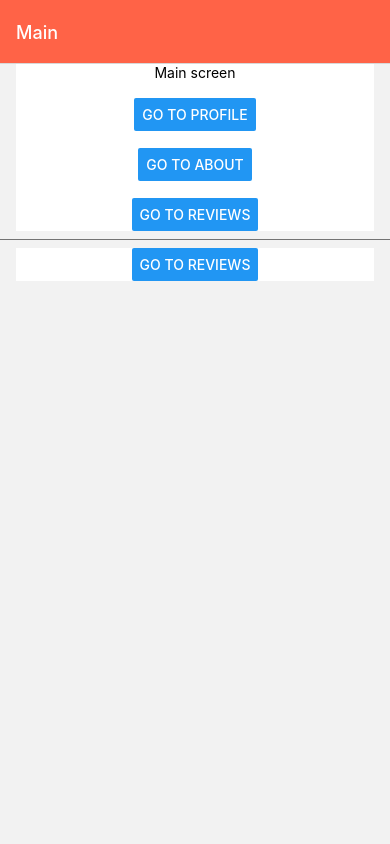
Repository: LingyuLiu11/mobile_app
Screen: /
An editor plug-in stored every save of this project. The screen is shown before and after the next save, followed by the edit.
The app was drawn by React Native's web renderer in a window 390 px wide. The project was rebuilt for these pictures with package versions that can differ from the ones it lists, and the page was loaded fresh each time. Also part of the build but not shown: components/Reviews.js.

Above is the screen before, as saved 2021-10-24 22:44:09.

### App.js
import * as React from 'react';
import { Image, TextInput, FlatList, StyleSheet, View, Button, Text, Animated } from 'react-native';
import { NavigationContainer } from '@react-navigation/native';

import { createStackNavigator } from '@react-navigation/stack';
import Reviews from './components/Reviews'
import AsyncStorage from '@react-native-async-storage/async-storage';


const Separator = () => (
  <View style={styles.separator} />
);



function Main({ navigation }) {


  return (


    <div>
      <View style={styles.container}>
        <Text>Main screen</Text>
        <Separator />
        <Button
          margintop = '10'
          title="Go to Profile"
          onPress={() => navigation.navigate('Profile')}
        />
        <Separator />

      </View>
      <View style = {styles.container}>
        <Button
          margintop = '10'
          title="Go to About"
          onPress={() => navigation.navigate('About')}
        />
        <Separator />
      </View>
      <View style = {styles.container}>
        <Button
          margintop = '10'
          title="Go to Reviews"
          onPress={() => navigation.navigate('Review')}
        />
      </View>
       <Separator />

       <View style = {styles.container}>
        <Button
          margintop = '10'
          title="Go to Reviews"
          onPress={() => navigation.navigate('Review')}
        />
      </View>

    </div>
  );
}

function Profile({ navigation }) {

  const [text, setText] = React.useState("Your name");
  return (
    <div>
      <View style={{ flex: 1, justifyContent: 'center', alignItems: 'center' }}>
        <Text>Profile screen</Text>
        <Separator />
        <Button title="Go back" onPress={() => navigation.goBack()} />
      </View>


      <View style={{ flex: 1, justifyContent: 'center', alignItems: 'center' }}>
        <TextInput
          style={styles.input}
          placeholder="Your name"
          value={text}
          onChangeText={text => setText(text)}
        />
        <Text style={{padding: 10, fontSize: 42}}>
        Hello {text.split(' ').map((word) => word ).join(' ')}
        </Text>
      </View>

      <View style={{ flex: 1, justifyContent: 'center', alignItems: 'center', flexDirection: "row" }}>
        <View style={{ flex: 1, justifyContent: 'center', alignItems: 'center' }}>
          <Image
            style={{
              resizeMode: "cover",
              height: 100,
              width: 200
            }}
            source={"https://upload.wikimedia.org/wikipedia/en/2/27/Total_War_Warhammer_3_cover_art.jpg"}
          />
          <Text>Totalwar Warhammer 3!</Text>
          </View>
        <Separator />
        <View style={{ flex: 1, justifyContent: 'center', alignItems: 'center' }}>
          <Image
            style={{
              resizeMode: "cover",
              height: 100,
              width: 200
            }}
            source={"https://www.nme.com/wp-content/uploads/2021/09/Total-Warhammer-3-Grand-Cathay-Dragon.jpg"}
          />
        <Text>Grand Cathay</Text>
        </View>
        <View style={{ flex: 1, justifyContent: 'center', alignItems: 'center' }}>

        <Image
          style={{
            resizeMode: "cover",
            height: 100,
            width: 200
          }}
          source={"https://encrypted-tbn0.gstatic.com/images?q=tbn:ANd9GcSM9n6tQzcRE8CXMXP5GXIIgYIF3wXVMZy4JA&usqp=CAU"}
        />
        <Text>Kislev</Text>
        </View>

      </View>


    </div>
  );
}

function About({ navigation }) {
  return (
    <div>
      <View style={{ flex: 1, justifyContent: 'center', alignItems: 'center' }}>
        <Text>About screen</Text>
        <Separator />
        <FlatList
          data={[
            {key: 'Lingyu Liu'},
            {key: 'CS 153A'},
            {key: 'Assignment2'},

          ]}
          renderItem={({item}) => <Text style={styles.item}>{item.key}</Text>}
        />

      </View>

      <View style = {styles.container}>
          <Button title="Go back" onPress={() => navigation.goBack()} />
      </View>
    </div>
  );
}

function Review({ navigation }) {
  return (
    <div>
      <View style = {styles.container}>
          <Button title="Go back" onPress={() => navigation.goBack()} />
      </View>
      <Reviews />
    </div>

  );
}

function BuildArmy({ navigation }) {
  return (
    <div>
      <View style = {styles.container}>
          <Button title="Go back" onPress={() => navigation.goBack()} />
      </View>
      <Reviews />
    </div>

  );
}



const forFade = ({ current, next }) => {
  const opacity = Animated.add(
    current.progress,
    next ? next.progress : 0
  ).interpolate({
    inputRange: [0, 1, 2],
    outputRange: [0, 1, 0],
  });

  return {
    leftButtonStyle: { opacity },
    rightButtonStyle: { opacity },
    titleStyle: { opacity },
    backgroundStyle: { opacity },
  };
};

const Stack = createStackNavigator();

function MyStack() {
  return (
    <Stack.Navigator>
      <Stack.Screen
        name="Main"
        component={Main}
        options={{
          headerTintColor: 'white',
          headerStyle: { backgroundColor: 'tomato' },
        }}
      />
      <Stack.Screen
        name="Profile"
        component={Profile}
        options={{ headerStyleInterpolator: forFade }}
      />
      <Stack.Screen
        name="About"
        component={About}
        options={{ headerStyleInterpolator: forFade }}
      />
      <Stack.Screen
        name="Review"
        component={Review}
        options={{ headerStyleInterpolator: forFade }}
      />
      <Stack.Screen
        name="Build"
        component={BuildArmy}
        options={{ headerStyleInterpolator: forFade }}
      />



    </Stack.Navigator>
  );
}



export default function App() {
  return (
    <NavigationContainer>
      <MyStack />
    </NavigationContainer>
  );
}

const styles = StyleSheet.create({
  container: {
    flex: 1,
    justifyContent: 'center',
    alignItems: 'center',
    backgroundColor: '#fff',
    alignItems: 'center',
    justifyContent: 'center',
    marginHorizontal: 16,
  },
  separator: {
    marginVertical: 8,
    borderBottomColor: '#737373',
    borderBottomWidth: StyleSheet.hairlineWidth,
  },
  item: {
    padding: 10,
    fontSize: 18,
    height: 44,
  },
  input: {
    height: 40,
    margin: 12,
    borderWidth: 1,
    padding: 10,
  },
});

After the next save:
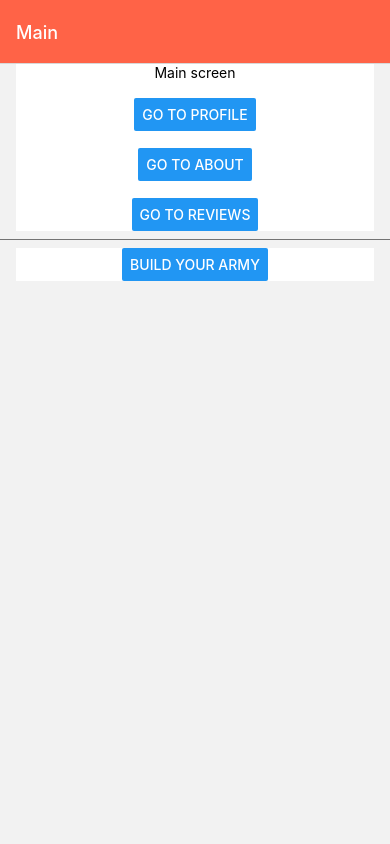
Saved 9 s later.
--- a/App.js
+++ b/App.js
@@ -51,7 +51,7 @@ function Main({ navigation }) {
        <View style = {styles.container}>
         <Button
           margintop = '10'
-          title="Go to Reviews"
+          title="Build your army"
           onPress={() => navigation.navigate('Review')}
         />
       </View>
